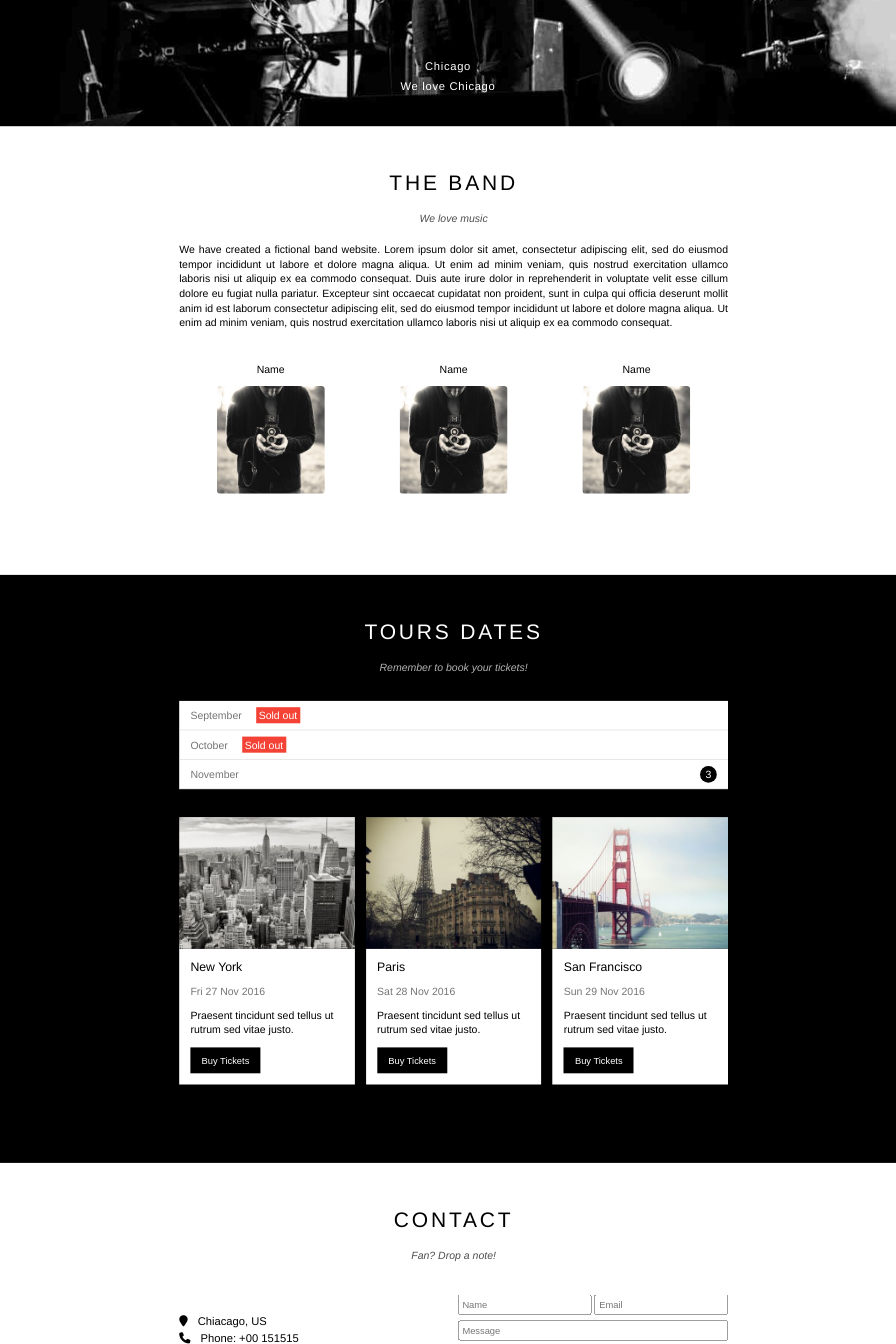
Repository: NguyenMinhChau/Theband
Page: index.html
These files come from the project's save history. The page is drawn as it stood at one moment and after a run of saves; the edit follows.
The browser window is 1280 px wide. The pictures show the part of the page from y = 506 to 2426 px (the page is 3304 px tall before and 3302 px after), at 70% of full size.
Some web libraries are served in a nearby version.

Above is the page before, as saved 2021-10-24 09:00:31.

### index.html
<!DOCTYPE html>
<html lang="en">
<head>
    <meta charset="UTF-8">
    <meta http-equiv="X-UA-Compatible" content="IE=edge">
    <meta name="viewport" content="width=device-width, initial-scale=1.0">
    <title>THE BAND</title>
    <link rel="icon" href="https://www.w3schools.com/w3css/img_la.jpg"/>
    <script src="https://kit.fontawesome.com/a7b0f58175.js" crossorigin="anonymous"></script>
    <link rel="stylesheet" href="./assets/css/style.css">
    <link rel="stylesheet" href="./assets/css/responsive.css">
</head>
<body>
    <div id="main">
        <div id="header">
            <!-- Begin Navigation -->
            <ul id="nav">
                <li><a href="#">Home</a></li>
                <li><a href="#about">Band</a></li>
                <li><a href="#tour">Tour</a></li>
                <li><a href="#contact">Contact</a></li>
                <li><a href="#">More <i class="fas fa-caret-down"></i></a>
                    <ul class="subnav">
                        <li><a href="#">Merchandise</a></li>
                        <li><a href="#">Extras</a></li>
                        <li><a href="#">Media</a></li>
                    </ul>
                </li>
            </ul>
            <!-- End Navigation -->

            <!-- Begin Search -->
            <div class="icon-search">
                <a href="#"><i class="header-icon-search fas fa-search"></i></a>
            </div>
            <!-- End Search -->
        </div>

        <div id="slider">
            <div class="description">
                <h4>Chicago</h4>
                <p>We love Chicago</p>
            </div>
        </div>

        <div id="content">
            <!-- section: dành cho những phần dùng chung -->
            <!-- ABOUT SECTION -->
            <div id="about" class="content-section">
                <h2 class="section-heading">The Band</h2>
                <p class="section-subheading">We love music</p>
                <p class="about-text">We have created a fictional band website. Lorem ipsum dolor sit amet, consectetur adipiscing elit, sed do eiusmod tempor incididunt ut labore et dolore magna aliqua. Ut enim ad minim veniam, quis nostrud exercitation ullamco laboris nisi ut aliquip ex ea commodo consequat. Duis aute irure dolor in reprehenderit in voluptate velit esse cillum dolore eu fugiat nulla pariatur. Excepteur sint occaecat cupidatat non proident, sunt in culpa qui officia deserunt mollit anim id est laborum consectetur adipiscing elit, sed do eiusmod tempor incididunt ut labore et dolore magna aliqua. Ut enim ad minim veniam, quis nostrud exercitation ullamco laboris nisi ut aliquip ex ea commodo consequat.</p>
                <div class="members-list">
                    <div class="member-item col-3">
                        <p class="member-name">Name</p>
                        <img src="./assets/img/about_member01.jpg" alt="" class="member-avata">
                    </div>
                    <div class="member-item col-3">
                        <p class="member-name">Name</p>
                        <img src="./assets/img/about_member01.jpg" alt="" class="member-avata">
                    </div>
                    <div class="member-item col-3">
                        <p class="member-name">Name</p>
                        <img src="./assets/img/about_member01.jpg" alt="" class="member-avata">
                    </div>
                    <div class="clear"></div>
                </div>
            </div>

            <!-- TOUR SECTION -->
            <div id="tour" class="tour-section">
                <div class="content-section">
                    <h2 class="section-heading text-white">Tours Dates</h2>
                    <p class="section-subheading text-white">Remember to book your tickets!</p>
                    <ul class="tickets-list">
                        <li>September <span class="sold-out">Sold out</span></li>
                        <li>October <span class="sold-out">Sold out</span></li>
                        <li>November <span class="quantity">3</span></li>
                    </ul>
                    <div class="row places-list">
                        <div class="col col-3">
                            <img src="./assets/img/tour_place01.jpg" alt="New York" class="place-img">
                            <div class="place-body">
                                <h3 class="place-heading">New York</h3>
                                <p class="place-time">Fri 27 Nov 2016</p>
                                <p class="plave-desc">Praesent tincidunt sed tellus ut rutrum sed vitae justo.</p>
                                <button href="#" class="btn js-buy-ticket">Buy Tickets</button>
                            </div>
                        </div>
                        <div class="col col-3">
                            <img src="./assets/img/tour_place_02.jpg" alt="New York" class="place-img">
                            <div class="place-body">
                                <h3 class="place-heading">Paris</h3>
                                <p class="place-time">Sat 28 Nov 2016</p>
                                <p class="plave-desc">Praesent tincidunt sed tellus ut rutrum sed vitae justo.</p>
                                <button href="#" class="btn js-buy-ticket">Buy Tickets</button>
                            </div>
                        </div>
                        <div class="col col-3">
                            <img src="./assets/img/tour_place_03.jpg" alt="New York" class="place-img">
                            <div class="place-body">
                                <h3 class="place-heading">San Francisco</h3>
                                <p class="place-time">Sun 29 Nov 2016</p>
                                <p class="plave-desc">Praesent tincidunt sed tellus ut rutrum sed vitae justo.</p>
                                <button href="#" class="btn js-buy-ticket">Buy Tickets</button>
                            </div>
                        </div>
                        <div class="clear"></div>
                    </div>
                </div>
            </div>

            <!-- CONTACT SECTION -->
            <div id="contact" class="content-section">
                <h2 class="section-heading">Contact</h2>
                <p class="section-subheading">Fan? Drop a note!</p>
                <div class="contact-container">
                    <div class="infomation">
                        <p class="infomation-text">
                            <i class="fas fa-map-marker"></i>
                            Chiacago, US
                        </p>
                        <p class="infomation-text">
                            <i class="fas fa-phone"></i>
                            Phone: +00 151515
                        </p>
                        <p class="infomation-text">
                            <i class="fas fa-envelope-open-text"></i>
                            Email: mail@mail.com
                        </p>
                    </div>
                    <form class="input-infomation">
                        <div class="input-name-email">
                            <input type="text" class="intput-name" placeholder="Name" required>
                            <input type="email" class="intput-name" placeholder="Email" required>
                        </div>
                        <input type="text" class="ipnut-message" placeholder="Message" required>
                        <button class="btn pull-right">SEND</button>
                    </form>
                </div>
            </div>

            <!-- BEGIN MAP -->
            <div class="content-map-image"></div>
        </div>

        <div id="footer">
            <ul class="footer-social-list">
                <li class="social-item"><a href="#" class="social-link"><i class="fab fa-facebook-square"></i></a></li>
                <li class="social-item"><a href="#" class="social-link"><i class="fab fa-instagram-square"></i></a></li>
                <li class="social-item"><a href="#" class="social-link"><i class="fab fa-linkedin"></i></a></li>
                <li class="social-item"><a href="#" class="social-link"><i class="fab fa-youtube"></i></a></li>
                <li class="social-item"><a href="#" class="social-link"><i class="fab fa-twitter-square"></i></a></li>
            </ul>
            <p class="copyright">Powered by <a href="#">W3C</a></p>
        </div>
    </div>

    <!-- BEGIN MODEL -->
    <div class="modal">
        <div class="modal-container">
            <div class="modal-close">
                <i class="far fa-window-close"></i>
            </div>

            <header class="modal-header">
                <i class="fas fa-briefcase"></i> Tickets
            </header>

            <div class="modal-body">
                <div class="form-group">
                    <label for="money" class="modal-label">
                        <i class="fas fa-shopping-cart"></i>
                        Tickets, $15 per person
                    </label>
                    <input type="text" name="money" id="money" class="modal-input" placeholder="How many?">
                </div>

                <div class="form-group">
                    <label for="email" class="modal-label">
                        <i class="fas fa-user"></i>
                        Send To
                    </label>
                    <input type="email" name="email" id="email" class="modal-input" placeholder="Enter Email">
                </div>

                <button id="buy-tickets">
                    PAY <i class="fas fa-check"></i>
                </button>
            </div>

            <footer class="modal-footer">
                <p class="modal-help">Need
                    <a href="#">help?</a>
                </p>
            </footer>
        </div>
    </div>
    <!-- END MODAL -->
    <script src="assets/js/main.js"></script>
</body>
</html>

### assets/css/style.css
:root{
    --header-height: 46px;
}
*{
    box-sizing: border-box;
    margin: 0;
    padding: 0;
}

html{
    font-family: Helvetica, Arial, sans-serif;
}

/* BEGIN CSS COMMON */
.clear{
    clear: both;
}

.text-white{
    color: #fff !important;
}

.pull-right{
    float: right !important;
}

.row {
    margin: 0 -8px;
}

.col{
    float: left;
    padding: 0 8px;
}

.col-3{
    width: calc(100% / 3);
}

.btn{
    text-decoration: none;
    background-color: #000;
    color: #fff;
    padding: 11px 16px;
    /* Khắc phục tình trạng button che thẻ description */
    display: inline-block;
    margin-top: 15px;
    border: none;
}

.btn:hover{
    background-color: #ccc;
    color: #000;
    cursor: pointer;
}
/* END CSS COMMON */

/* BEGIN CSS HEADER */
#header{
    height: var(--header-height);
    background-color: #000;
    position: fixed;
    top: 0;
    left: 0;
    right: 0;
}

#nav{
    display: inline-block;
}

#nav,
#subnav{
    list-style-type: none;
}

#nav li{
    display: inline-block;
    position: relative;
}

#nav > li > a{
    color: #fff;
    text-transform: uppercase;
}

#nav li a {
    text-decoration: none;
    line-height: var(--header-height);
    padding: 0 24px;

    display: block;
}

#nav > li:hover > a,
#nav .subnav li:hover a {
    color: #000;
    background-color: #ccc;
}

#nav > li:hover .subnav{
    display: block;
}

#nav .subnav{
    display: none;
    position: absolute;
    background-color: #fff;
    box-shadow: 0 0 10px rgba(0,0,0,0.3);
    color: #000;
    top: 100%;
    left: 0;
}

#nav .subnav li a{
    color: #000;
    padding: 0 12px;
    line-height: 38px;
    min-width: 160px;
}

#nav .subnav li{
    display: block;
}

#header .icon-search{
    /* position: absolute;
    top: 0;
    right: 0; */
    float: right;
    line-height: var(--header-height);
    padding: 0 20px;
}

#header .icon-search a{
    text-decoration: none;
}

#header .icon-search:hover{
    background-color: rgb(255, 39, 39);
    cursor: pointer;
}

#header .icon-search .header-icon-search{
    color: #fff;
}
/* END CSS HEADER */


/* BEGIN CSS SLIDER */
#slider{
    position: relative;
    margin-top: var(--header-height);
    /* Kỹ thuật tạo ảnh không bị méo khi thay đổi kích thước */
    padding-top: 50%; /* % là theo chiều ngang của chính nó*/

    /* Khi dùng padding như trên -> ta dùng bg-image để tạo ảnh vì có thể đổ ảnh từ padding */
    background: url('../img/slider_band_chicago.jpg') no-repeat center / cover;
    z-index: -1;
}

#slider .description{
    position: absolute;
    bottom: 0;
    left: 50%;
    transform: translateX(-50%);

    color: #fff;
    text-align: center;
    margin-bottom: 48px;
    letter-spacing: 1px;
}

#slider .description h4,
#slider .description p{
    text-shadow: 0 0 10 rgba(0,0,0,0.5);
}

#slider .description h4{
    font-weight: 540;
    padding: 10px 0;
}
/* END CSS SLIDER */

/* BEGIN CSS CONTENT */
/* CSS ABOUT */
#content .content-section{
    width: 800px;
    max-width: 100%;
    margin: auto;
    padding: 64px 0 112px;
    padding-left: 16px;
}

#content .section-heading,
#content .section-subheading{
    text-align: center;
}

#content .section-heading{
    font-size: 30px;
    font-weight: 500;
    text-transform: uppercase;
    letter-spacing: 4px;
}

#content .section-subheading{
    font-size: 15px;
    font-style: italic;
    margin: 25px 0;
    opacity: 0.7;
}

#content .about-text{
    text-align: justify;
    font-size: 15px;
    line-height: 1.4;
}

#content .members-list{
    margin-top: 48px;
}

#content .member-item{
    float: left;
    text-align: center;
}

#content .member-name{
    font-size: 15px;
}

#content .member-avata{
    margin-top: 15px;
    width: 154px;
    border-radius: 5px;
}

/* CSS TOUR */
#content .tour-section{
    background-color: #000;
}

#content .tickets-list{
    background-color: #fff;
    margin: 40px 0;
    list-style: none;
}

#content .tickets-list li{
    font-size: 15px;
    padding: 12px 16px;
    border-bottom: 1px solid #ddd;
    color: #757575;
}

#content .tickets-list .sold-out{
    background-color: #f44336;
    color: #fff;
    padding: 3px 4px;
    margin-left: 16px;
}

#content .tickets-list .quantity{
    float: right;
    background-color: #000;
    border-radius: 50%;
    width: 24px;
    height: 24px;
    color: #fff;
    text-align: center;
    line-height: 24px;
    margin-top: -3px;
}

#content .place-img{
    width: 100%;
    display: block;
}

#content .place-img:hover{
    opacity: 0.7;
}

#content .place-body{
    background-color: #fff;
    padding: 16px;
    font-size: 15px;
}

#content .place-heading{
    font-weight: 550;
}

#content .place-time{
    margin: 15px 0;
    color: #757575;
}

#content .plave-desc{
    line-height: 1.4;
}

/* CSS CONTACT */
#content .contact-container{
    display: flex;
    flex-direction: row;
    justify-content: space-between;
    align-items: center;
    margin-top: 48px;
}

#content .infomation-text{
    font-size: 16px;
    line-height: 1.6;
}

#content .infomation-text i {
    margin-right: 10px;
}

#content .input-name-email,
#content .ipnut-message{
    margin-bottom: 8px;
}

#content .intput-name,
#content .ipnut-message{
    padding: 5px 5px;
    outline: none;
}

#content .ipnut-message{
    width: 100%;
}

#content .content-map-image{
    height: 600px;
    background: url('../img/img-footer.jpg') no-repeat center / 100% 100%;
}
/* END CSS CONTENT */

/* BEGIN CSS FOOTER */
#footer{
    text-align: center;
    margin-bottom: 20px;
}

#footer .footer-social-list{
    list-style: none;
    margin-top: 32px;
    margin-bottom: 16px;
}

#footer .footer-social-list li{
    display: inline-block;
}

#footer .footer-social-list li a{
    color: rgb(185, 185, 185);
    padding: 0 10px;
}

#footer .footer-social-list li a i{
    font-size: 25px;
}

#footer .copyright a{
    text-decoration: none;
}
/* END CSS FOOTER */

/* BEGIN CSS MODAL */
.modal{
    position: fixed;
    top: 0;
    bottom: 0;
    right: 0;
    left: 0;
    background: rgba(0,0,0,0.3);
    align-items: center;
    justify-content: center;
    display: none;
}

.modal.open{
    display: flex;
}

.modal-container{
    position: relative;
    background-color: #fff;
    width: 900px;
    max-width: calc(100% - 30px);
    min-height: 200px;
    animation: modalFaceIn linear .5s;
}

@keyframes modalFaceIn{
    from {
        transform: translateY(-100%);
        opacity: 0;
    }
    to {
        transform: translateY(0);
        opacity: 1;
    }
}

.modal-close{
    position: absolute;
    top: 0;
    right: 0;
    color: #fff;
    padding: 12px;
}

.modal-close:hover{
    background-color: #ddd;
    color: #000;
    cursor: pointer;
}

.modal-header{
    height: 130px;
    background: #009688;
    text-align: center;
    line-height:130px;
    color: #fff;
    font-size: 30px;
}

.modal-body{
    padding: 16px;
}

.modal-label{
    display: block;
    font-size: 15px;
}

.modal-input{
    margin: 8px 0 18px 0;
    width: 100%;
    padding: 6px 5px;
    outline: none;
    border-color: #ccc;
    font-size: 15px;
}

#buy-tickets{
    width: 100%;
    background: #009688;
    border: none;
    color: #fff;
    text-transform: uppercase;
    padding: 12px;
}

#buy-tickets:hover{
    cursor: pointer;
    opacity: 0.9;
}

.modal-footer{
    padding: 12px;
    float: right;
}

.modal-help a{
    text-decoration: none;
    color: #009688;
}
/* END CSS MODAL */

### assets/css/responsive.css
/*
PC: >= 1024px (64em)
Tablet: >= 740px & < 1024px (>= 46.25em & < 63.9375em)
Mobile: < 740px (< 46.25em)
 */

@media (min-width: 64em) {

}

@media (min-width: 46.25em) and (max-width: 63.9375em) {

}

@media (max-width: 46.25em) {

}

### assets/js/main.js
const $ = document.querySelector.bind(document)
const $$ = document.querySelectorAll.bind(document)

const btnTickets = $$('.js-buy-ticket');
const modal = $('.modal');
const modalContainer = $('.modal-container');
const modalClose = $('.modal-close');

for (const btnTicket of btnTickets) {
    btnTicket.addEventListener('click',function(e){
        modal.classList.add('open');
    })
}
modalClose.addEventListener('click',function(e){
    modal.classList.remove('open');
})

// Phải xác định sẽ không nổi bọt tới đâu
modal.addEventListener('click',function(e){
    modal.classList.remove('open');
})
modalContainer.addEventListener('click',function(e){
    e.stopPropagation();
})

After the next 2 saves:
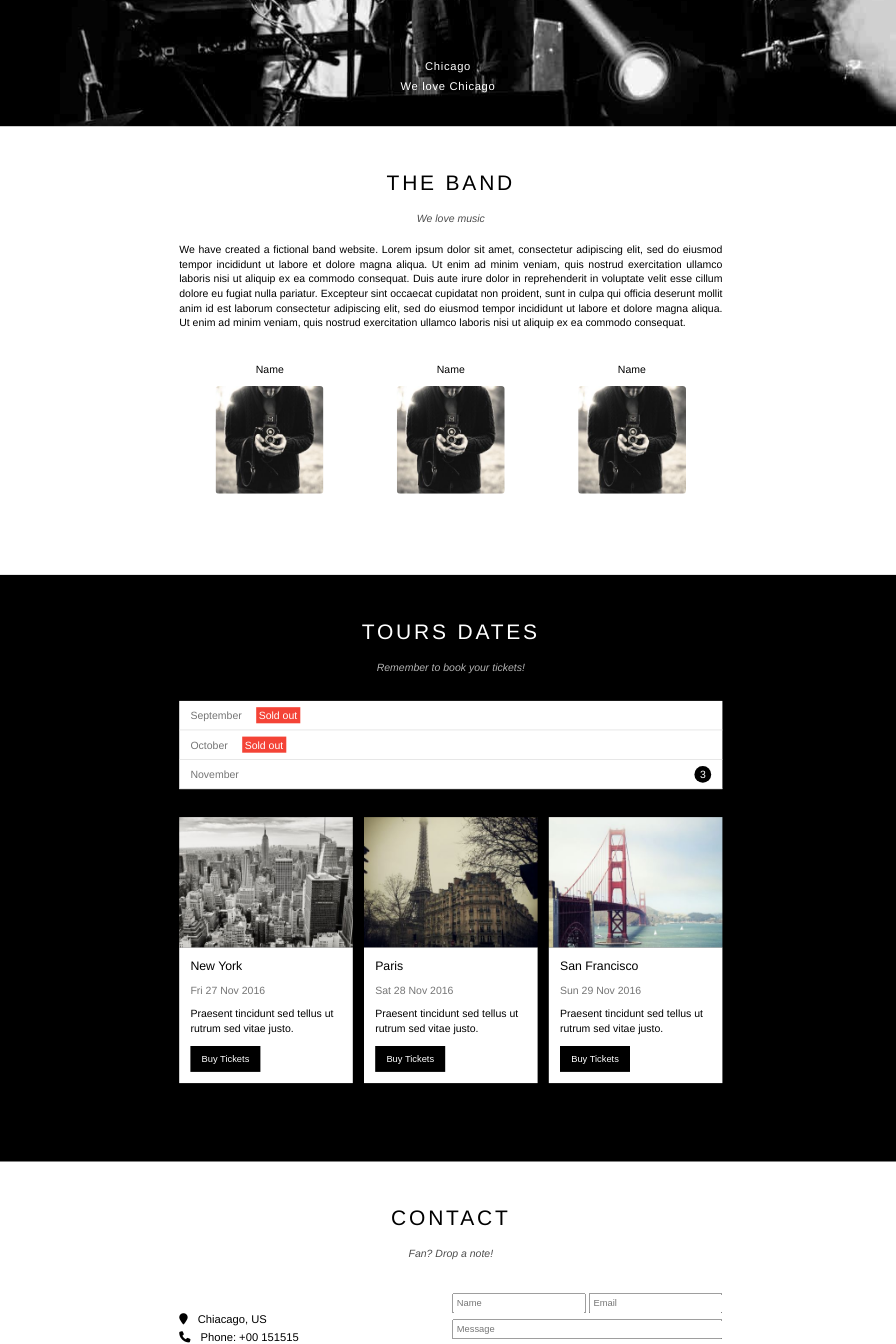
The 2 saves are shown as one change because they came seconds apart.
The last was saved 12 s later.
--- a/assets/css/style.css
+++ b/assets/css/style.css
@@ -190,6 +190,7 @@
     margin: auto;
     padding: 64px 0 112px;
     padding-left: 16px;
+    padding-right: 8px;
 }
 
 #content .section-heading,
